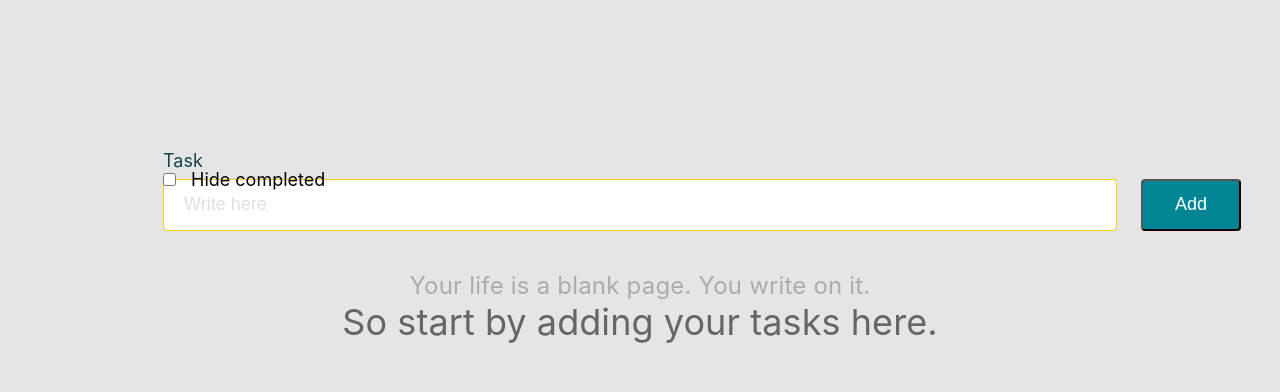
Repository: ArusyakAghajanyan/ToDoMamble
Page: /
An editor plug-in stored every save of this project. The page is shown before and after the next save, followed by the edit.
The browser window is 1280 px wide. The pictures show the whole page.
The project was rebuilt for these pictures with package versions that can differ from the ones it lists, and the page was loaded fresh each time. Also part of the build but not shown: src/components/toDoItem.css, src/components/ToDoItem.jsx, src/components/confirm.css, src/components/Confirm.jsx.

Above is the page before, as saved 2022-05-25 13:10:03.

### public/index.html
<!DOCTYPE html>
<html lang="en">
  <head>
    <meta charset="utf-8" />
    <link rel="icon" href="%PUBLIC_URL%/favicon.ico" />
    <link rel="icon" href="https://cdnjs.cloudflare.com/ajax/libs/font-awesome/6.1.1/css/all.min.css" />
    <meta name="viewport" content="width=device-width, initial-scale=1" />
    <meta name="theme-color" content="#000000" />
    <meta
      name="description"
      content="Web site created using create-react-app"
    />
    <link rel="apple-touch-icon" href="%PUBLIC_URL%/logo192.png" />
    <!--
      manifest.json provides metadata used when your web app is installed on a
      user's mobile device or desktop. See https://developers.google.com/web/fundamentals/web-app-manifest/
    -->
    <link rel="manifest" href="%PUBLIC_URL%/manifest.json" />
    <!--
      Notice the use of %PUBLIC_URL% in the tags above.
      It will be replaced with the URL of the `public` folder during the build.
      Only files inside the `public` folder can be referenced from the HTML.

      Unlike "/favicon.ico" or "favicon.ico", "%PUBLIC_URL%/favicon.ico" will
      work correctly both with client-side routing and a non-root public URL.
      Learn how to configure a non-root public URL by running `npm run build`.
    -->
    <title>React App</title>
  </head>
  <body>
    <noscript>You need to enable JavaScript to run this app.</noscript>
    <div id="root"></div>
    <!--
      This HTML file is a template.
      If you open it directly in the browser, you will see an empty page.

      You can add webfonts, meta tags, or analytics to this file.
      The build step will place the bundled scripts into the <body> tag.

      To begin the development, run `npm start` or `yarn start`.
      To create a production bundle, use `npm run build` or `yarn build`.
    -->
  </body>
</html>

### src/index.css
body {

    /* min-width: 230px; */
    max-width: 1440px;


  margin: 0;
  font-family: -apple-system, BlinkMacSystemFont, 'Segoe UI', 'Roboto', 'Oxygen',
    'Ubuntu', 'Cantarell', 'Fira Sans', 'Droid Sans', 'Helvetica Neue',
    sans-serif;
  -webkit-font-smoothing: antialiased;
  -moz-osx-font-smoothing: grayscale;
}

code {
  font-family: source-code-pro, Menlo, Monaco, Consolas, 'Courier New',
    monospace;
}

### src/App.js

import './App.css';
import AddItem from './components/AddItem';
import ToDoList from './components/ToDoList';
import Confirm from './components/Confirm';
import {useState,useEffect} from 'react'


function App() {
  const [todo, setTodo]=useState([]);
  const [filteredTodo,setFilteredTodo]=useState([]);
  const [modal, setModal] = useState(false);
const [confirmStatus, setConfirmStatus] = useState(false);
  const [deleteItem, setDeletItem] = useState({});

  function modalStatus(status, item){
    console.log(status, item);
    setModal(status);
    setDeletItem(item);

  }
  function confirmDelete(status){
    console.log("deletestatus=", status);
    if(status === "no") {
      setConfirmStatus(false);
      setModal(false);
    }else if (status === "yes"){
      setConfirmStatus(true);
      setModal(false)
    }
  }
  function filter(check){
    if(check){
      setFilteredTodo(todo.filter(td => td.isCompleted))
    }else{
      setFilteredTodo([]);
    }
  }

  useEffect(()=>{
    console.log("confirmStatus=", confirmStatus);
    if(confirmStatus){
      setTodo(todo.filter(value => value.id !== deleteItem.id));
      setDeletItem({});
    }
    setConfirmStatus(false);
      console.log(modal);

  },[confirmStatus])

useEffect(() => {
  let todos;
  let storageData = localStorage.getItem("todos");
  if(storageData !== "undefined"){
    todos = JSON.parse(storageData);
  }
  if(todos) setTodo(todos);
}, [])

useEffect(() => {
 if(todo.length > 0) localStorage.setItem("todos",JSON.stringify(todo))
 if(todo.length == 0) localStorage.clear();
}, [todo])

  return (
    <div className="App">
    <div className="checkContainer">
  <div className="filterDiv">
    <input id="filter" type="checkbox" onChange={(e)=>{
      filter(e.target.checked)
      }} />

      <label htmlFor="filter" className="chkbox">
      Hide completed
      </label>
      </div>
      <div className="addContainer">
        <AddItem onAdd={(text)=>{
        setTodo([{
          id:Math.random(),
          text:text,
          isCompleted:false
        },...todo])
      }}/>


      <ToDoList
      todo={filteredTodo.length > 0 ? todo.filter(td => !td.isCompleted):todo}
      modalStatus={modalStatus}
      onChange={(newItem)=>{
      setTodo(todo.map(td=>{
        if(td.id==newItem.id){
          return newItem
        }
        return td
      }))
      }}
      />
       { modal && <Confirm confirmDelete={confirmDelete} modalStatus={modalStatus}/>}
    </div>
    </div>
    </div>
  );
}

export default App;

### src/App.css
*{
  margin: 0;
  padding: 0;
  box-sizing: border-box;
}


.App {
  display: flex;
  align-items: center;
  justify-content: center;
  position: relative;
  margin: 256px 0 40px 0;

}

.chkbox{
  padding-left: 15px;
  font-size: 18px;


}

.checkContainer{
  position: absolute;
display: flex;
flex-direction: column;


}
/* .checkmark{
  background-color: #E5E5E5;
} */

.filterDiv{

  position: absolute;
justify-content: flex-end;
float: right;

}
/* input[type="checkbox"]{
  appearance: none;
  -webkit-appearance: none;
  height: 18px;
  width: 18px;
  background-color: #FFFFFF;
  border-radius: 3px;
  cursor: pointer;


  outline: none;

}
input[type="checkbox"]::after{
  font-family: "Font Awesome 6.1.1 Free";
 font-weight: 900;
  content: "\f00c";
  font-size: 18px;
  color: white;
  display: none;
}
input[type="checkbox"]:checked{
background-color: #008594;
}
input[type="checkbox"]:checked:after{
  display: block;
  } */

### src/components/AddItem.jsx
import {React, useState, useEffect, useRef} from 'react'
import './addItem.css'

export default function AddItem({onAdd}) {
    const [text, setText] = useState("");
    const[errorMes,setErrorMes] = useState("");
    const inputText = useRef(0);
    let validText = "";
    useEffect(() => {
        inputText.current.addEventListener("keyup",(e)=>{
            let id=setTimeout(()=>{
            validText = e.target.value;
            if(validText.length >= 54 ){
             setErrorMes("Task content can contain max 54 characters.")
            } else {
                setErrorMes("");
                setText(validText);
            }
            },1000);
            return () => clearTimeout(id)
        })
    }, [text])

    return (

      <form
      className="formTask"
      onSubmit={(e)=>{
          e.preventDefault();
          if(errorMes==="" && text !=="") onAdd(text);
          if(errorMes==="") setText("");
      }}>
      <div id="formDiv">
       <div className="inputDiv">
            <label className="taskLabel" htmlFor="inputText"> Task
            </label>
            <input
            id="inputText"
            type="text"
            style={errorMes ? {borderColor: 'red'} : {borderColor:'#FFCD04'}}
            ref= {inputText}
             value={text}
             placeholder="Write here"
            onChange={(e)=>{
            setText(e.target.value)
            }}/>
            <p>{errorMes}</p>
            </div>
        <div className="formBut">
            <button className="addbut">Add</button>
                   </div>
            </div>
         </form>

    )
}

### src/components/ToDoList.jsx
import React from 'react';
import ToDoItem from './ToDoItem'
import './toDoList.css'
export default function ToDoList({todo,modalStatus,onChange}) {
    return (
        <div>
           {todo && todo.length > 0 ? todo.map(item=>{
               return (
<ToDoItem
key={item.id}
item = {item}
modalStatus={modalStatus}
onChange={onChange}
/>
               )
           })
           :
            <div className='listText'>
            <p className="firstP">Your life is a blank page. You write on it.</p>
            <p className="secondP">So start by adding your tasks here.</p>
            </div>
        }
        </div>
    )
}

### src/components/addItem.css

.addbut {
  background-color: #008594;
  color: #ffffff;
  font-size: 18px;
  width: 100px;
  height: 52px;
  margin-top: 20px;

  border-radius: 4px;
  text-align:center
}
#formDiv {
  display: flex;

  align-items: center;
  height: 52px;
  /* margin-left: 80px; */

}
#inputText {
  /* position: center; */
  width: 954px;
  padding: 12px 20px;
  margin: 8px 0;
  border: 1px solid #ffcd04;
  outline: none;
  height: 52px;
  margin-right: 24px;
  border-radius: 4px;
}
.taskLabel {
  color: #174348;
  font-size: 18px;
}
#inputText:hover {
  border: 1px solid rgb(90, 10, 90);
}
input::placeholder {
  color: #dfdfdf;
  font-size: 18px;
}
/* .taskLabel {
  float: left;
} */
.formTask {
  width: 954px;
}

### src/components/toDoList.css

 body{
     background-color:  #E5E5E5;
 }

 .listText{
          display: flex;

justify-content: center;
align-items: center;
flex-direction: column;
margin-top: 50px;

 }
.firstP{
 color: #ACACAC;
font-size: 24px;
letter-spacing: 0.2px;
}
.secondP{
    color: #666666;
font-size: 36px;
letter-spacing: 0.002em;

}

Loaded but not shown: src/index.js (common file); src/reportWebVitals.js (common file)

After the next save:
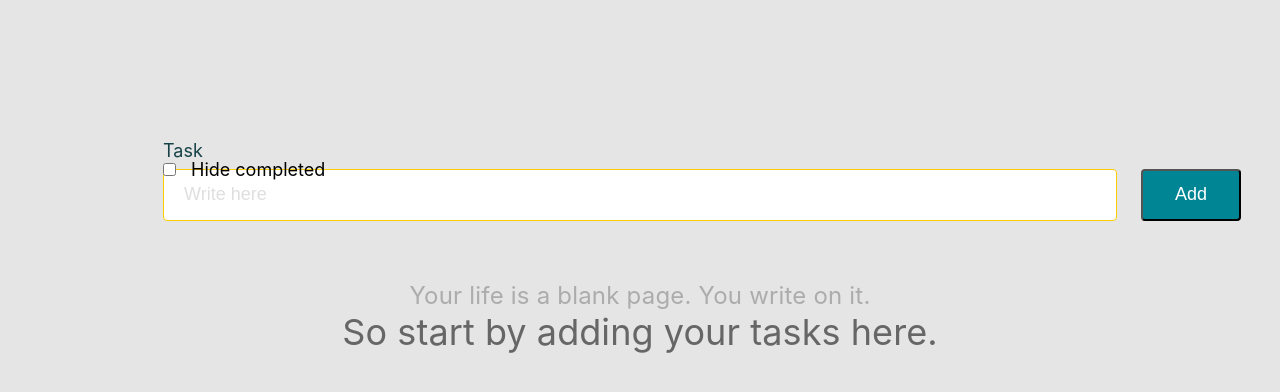
Saved 7 s later.
--- a/src/components/toDoList.css
+++ b/src/components/toDoList.css
@@ -9,7 +9,7 @@
 justify-content: center;
 align-items: center;
 flex-direction: column;
-margin-top: 50px;
+margin-top: 70px;
 
  }
 .firstP{
